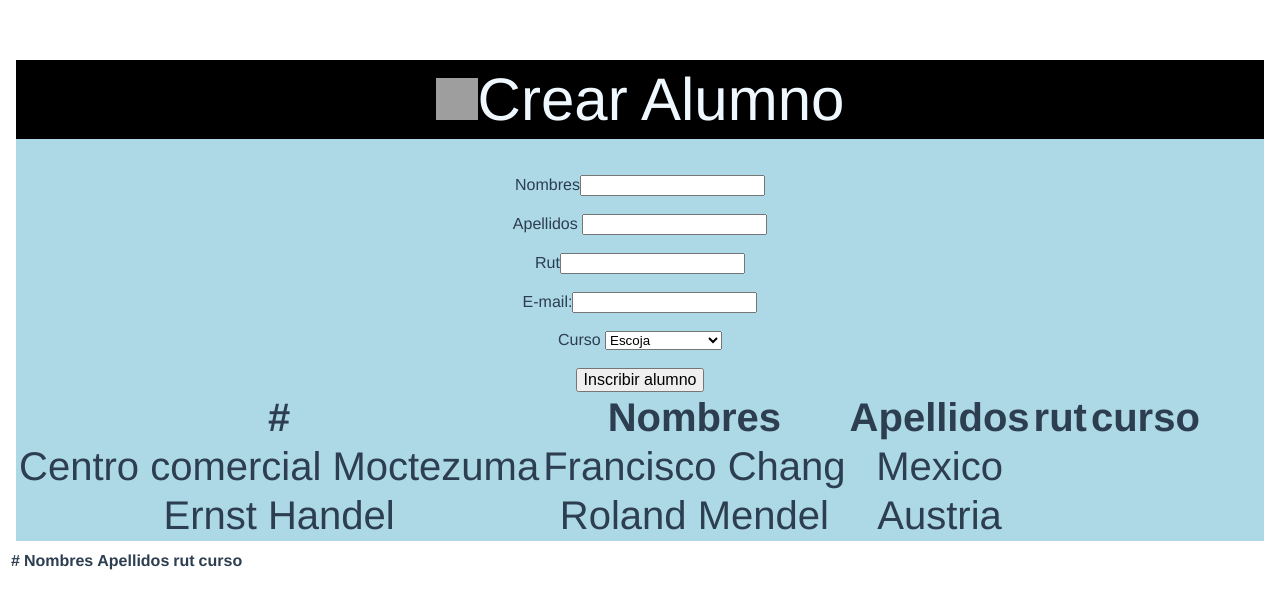
Repository: franciscamanquecheo/Tarea6ET
Page: / (app in my-project/)
An editor plug-in stored every save of this project. The page is shown before and after the next save, followed by the edit.
The browser window is 1280 px wide. The pictures show the whole page.
Pictures or frames that could not be fetched are drawn as grey boxes. The project was rebuilt for these pictures with package versions that can differ from the ones it lists, and the page was loaded fresh each time. Also part of the build but not shown: my-project/vue.config.js.

Above is the page before, as saved 2022-06-19 23:26:44.

After the next save:
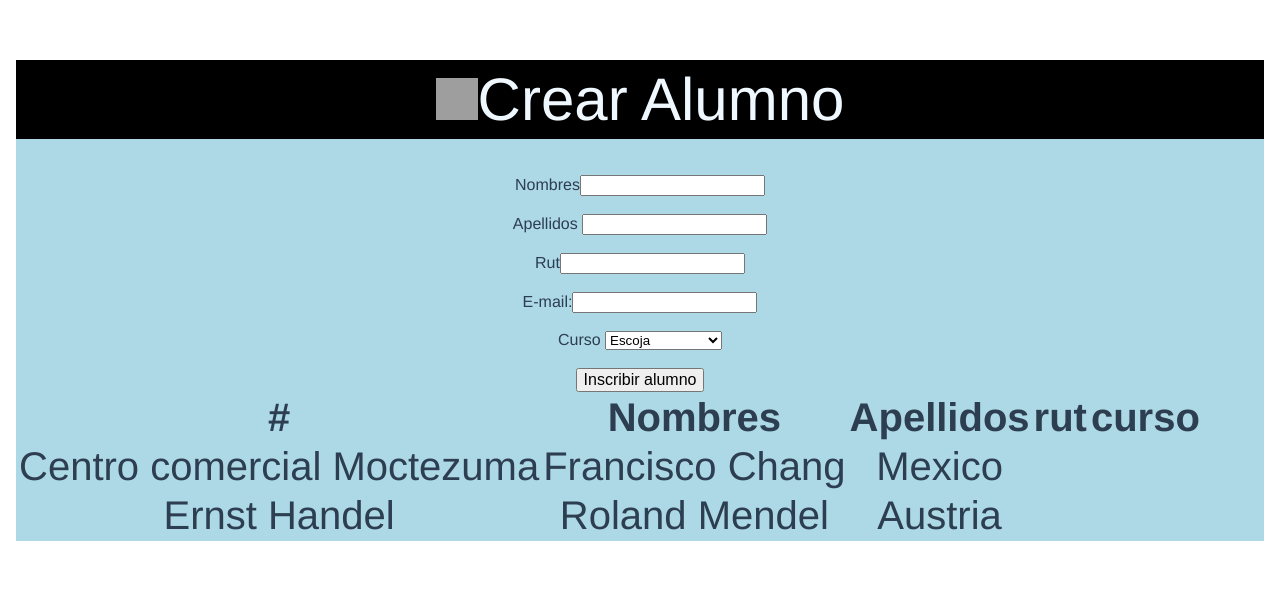
Saved 2 min 28 s later.
--- a/my-project/src/App.vue
+++ b/my-project/src/App.vue
@@ -1,19 +1,19 @@
 <template>
 
   <HelloWorld msg="Welcome to Your Vue.js App"/>
-  <tabla msg="holos"/>
+
 </template>
 
 <script>
 import HelloWorld from './components/HelloWorld.vue'
-import tabla from './components/tabla.vue'
+
 
 
 export default {
   name: 'App',
   components: {
     HelloWorld,
-    tabla
+
 }
 }
 </script>
